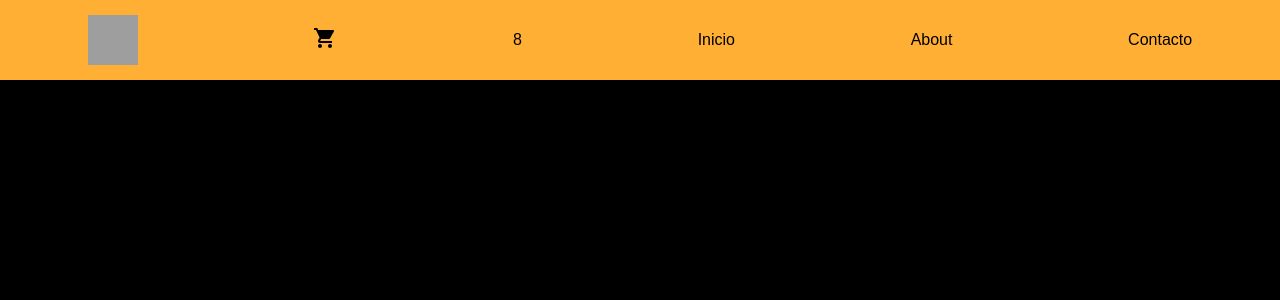
Repository: Toydrum/React-HectorCoronado
Page: /About
These files come from the project's save history. The page is drawn as it stood at one moment and after the next save; the edit follows.
The browser window is 1280 px wide. The pictures show the whole page.
Pictures or frames that could not be fetched are drawn as grey boxes. The page's requests for data from a server got no answer. The project was rebuilt for these pictures with package versions that can differ from the ones it lists, and the page was loaded fresh each time. No one was signed in, and anything a server would have sent is missing. Also part of the build but not shown: src/components/CardUser/CardUser.jsx.

Above is the page before, as saved 2023-06-17 04:02:19.

After the next save:
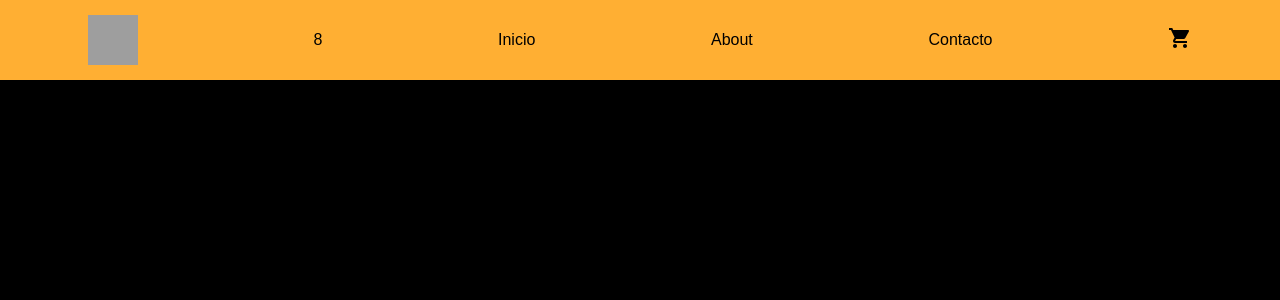
Saved 82 s later.
--- a/src/components/Navbar/Navbar.jsx
+++ b/src/components/Navbar/Navbar.jsx
@@ -23,7 +23,6 @@ const NavBar = () => {
       <nav>
         <ul style={styles.NavBar}>
           <img src={logo} className="catLogo" alt="gatito" />
-          <CartWidget />
           <ItemListContainer contador="8" />
           <li>
             <a className="link" href="https://www.google.com.mx/?hl=es">
@@ -40,6 +39,7 @@ const NavBar = () => {
               Contacto
             </a>
           </li>
+          <CartWidget />
         </ul>
       </nav>
     </>
